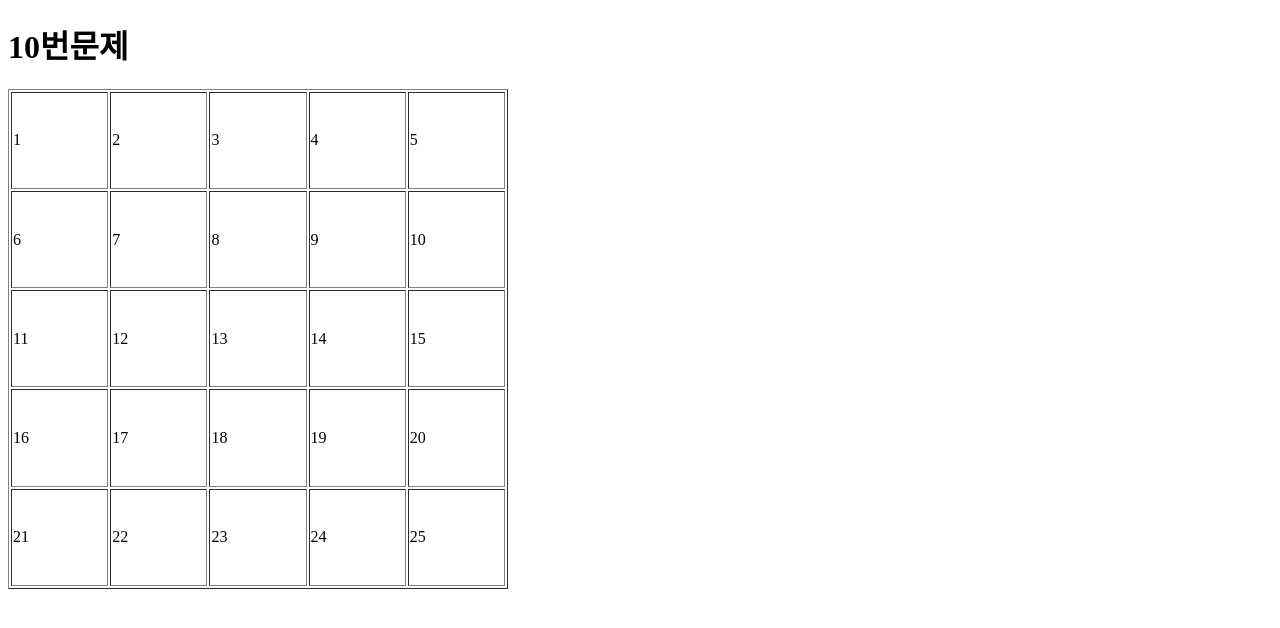
Repository: seula123/Front-End
Page: ClientTest/src/main/webapp/html/Q10.html
These files come from the project's save history. The page is drawn as it stood at one moment and after the next save; the edit follows.
The browser window is 1280 px wide. The pictures show the whole page.

Above is the page before, as saved 2023-09-21 01:42:59.

After the next save:
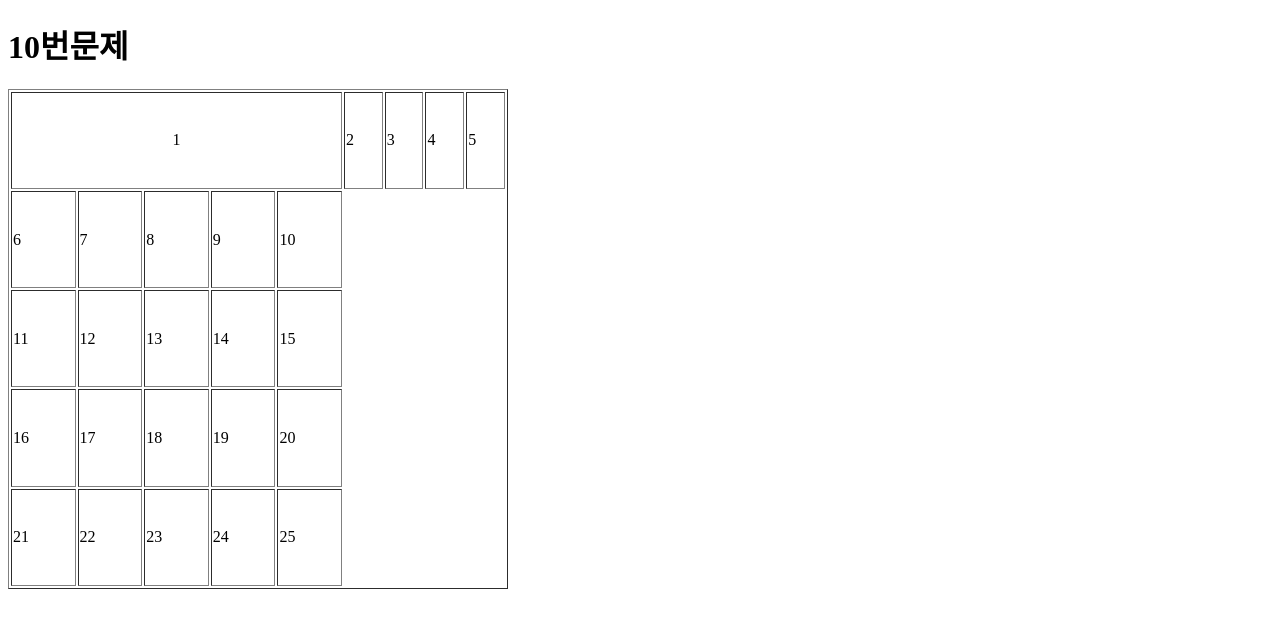
Saved 5 min 1 s later.
--- a/ClientTest/src/main/webapp/html/Q10.html
+++ b/ClientTest/src/main/webapp/html/Q10.html
@@ -12,7 +12,7 @@
 
 		<table border="1" width="500" height="500">
 			<tr>
-				<td>1</td>
+				<td colspan = "5" align ="center">1</td>
 				<td>2</td>
 				<td>3</td>
 				<td>4</td>
